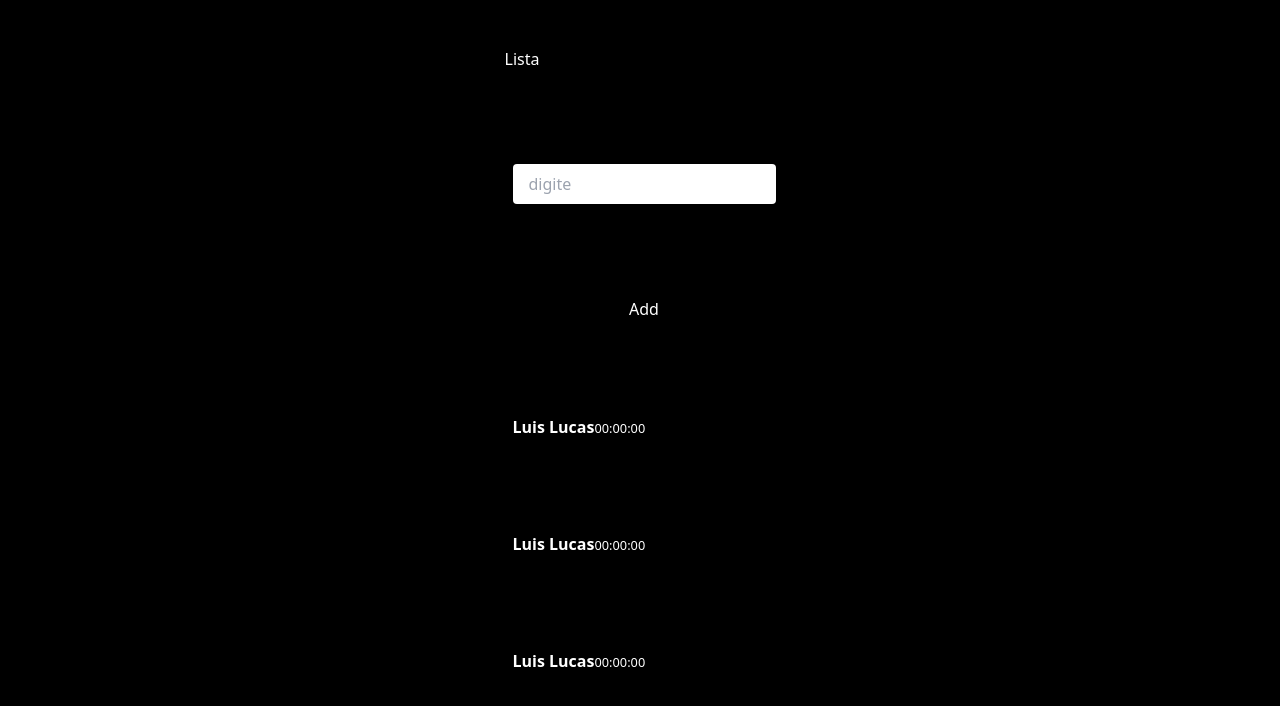
Repository: LuisSempre/FundamentosReact
Page: /
These files come from the project's save history. The page is drawn as it stood at one moment and after a run of saves; the edit follows.
The browser window is 1280 px wide. The pictures show the whole page.
The project was rebuilt for these pictures with package versions that can differ from the ones it lists, and the page was loaded fresh each time. Also part of the build but not shown: vite.config.js.

Above is the page before, as saved 2022-06-28 17:32:53.

### src/main.jsx
import React from 'react'
import ReactDOM from 'react-dom/client'
import { Home } from './pages/Home'
import './index.css'

ReactDOM.createRoot(document.getElementById('root')).render(
  <React.StrictMode>
    <Home />
  </React.StrictMode>
)

### src/pages/Home.jsx
import { Card } from "../components/Card";

export function Home() {
  return (
    <div className="w-full h-screen grid space-x-2 items-center justify-center">
      <h1>Lista</h1>
      <input className="px-4 py-2 rounded bg-white" type="text" placeholder="digite" />
      <button>Add</button>

        <Card name="Luis" time="00:00:00"/>
        <Card name="Lucas" time="11:11:11"/>
        <Card />
    </div>
  );
}

### src/index.css
@tailwind base;
@tailwind components;
@tailwind utilities;

* {
    @apply bg-black text-white;
}

### src/components/Card.jsx
export function Card() {
  return (
    <div>
      <strong>Luis Lucas</strong>
      <small>00:00:00</small>
    </div>
  );
}

Loaded but not shown: index.html (common file); tailwind.config.js (common file)

After the next 2 saves:
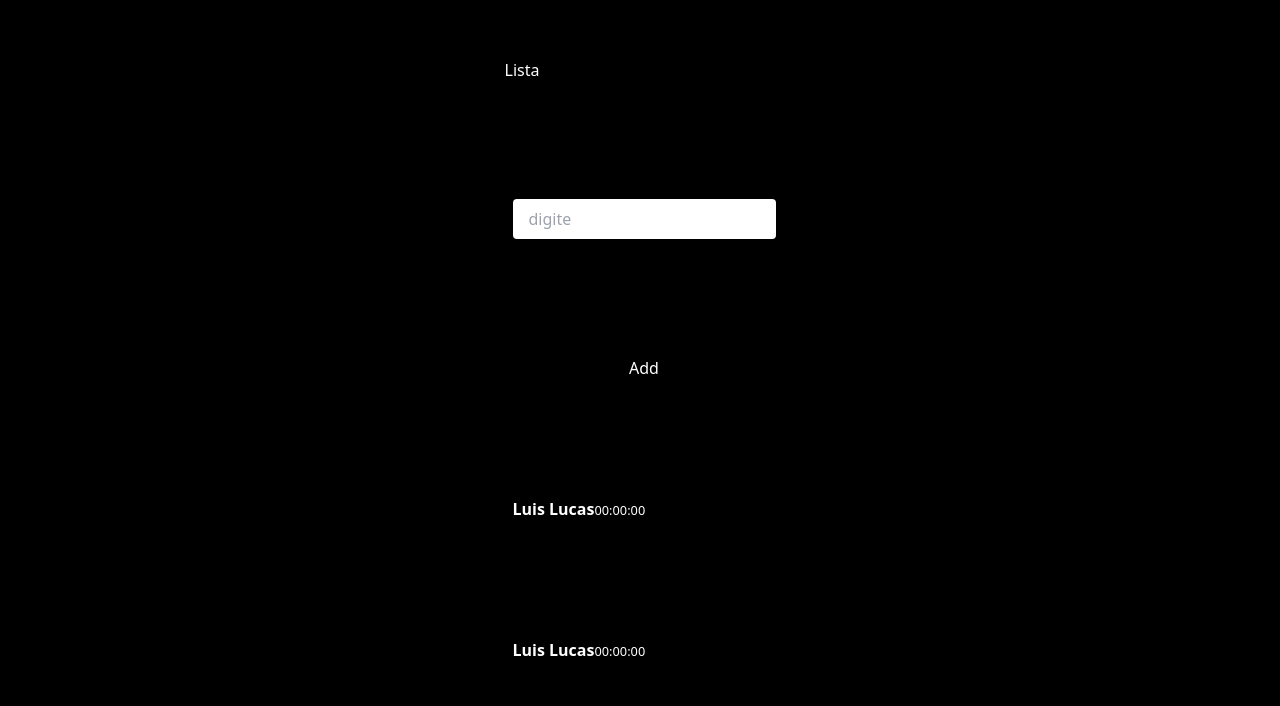
The 2 saves are shown as one change because they came seconds apart.
The last was saved 9 s later.
--- a/src/pages/Home.jsx
+++ b/src/pages/Home.jsx
@@ -6,10 +6,8 @@ export function Home() {
       <h1>Lista</h1>
       <input className="px-4 py-2 rounded bg-white" type="text" placeholder="digite" />
       <button>Add</button>
-
         <Card name="Luis" time="00:00:00"/>
         <Card name="Lucas" time="11:11:11"/>
-        <Card />
     </div>
   );
 }
